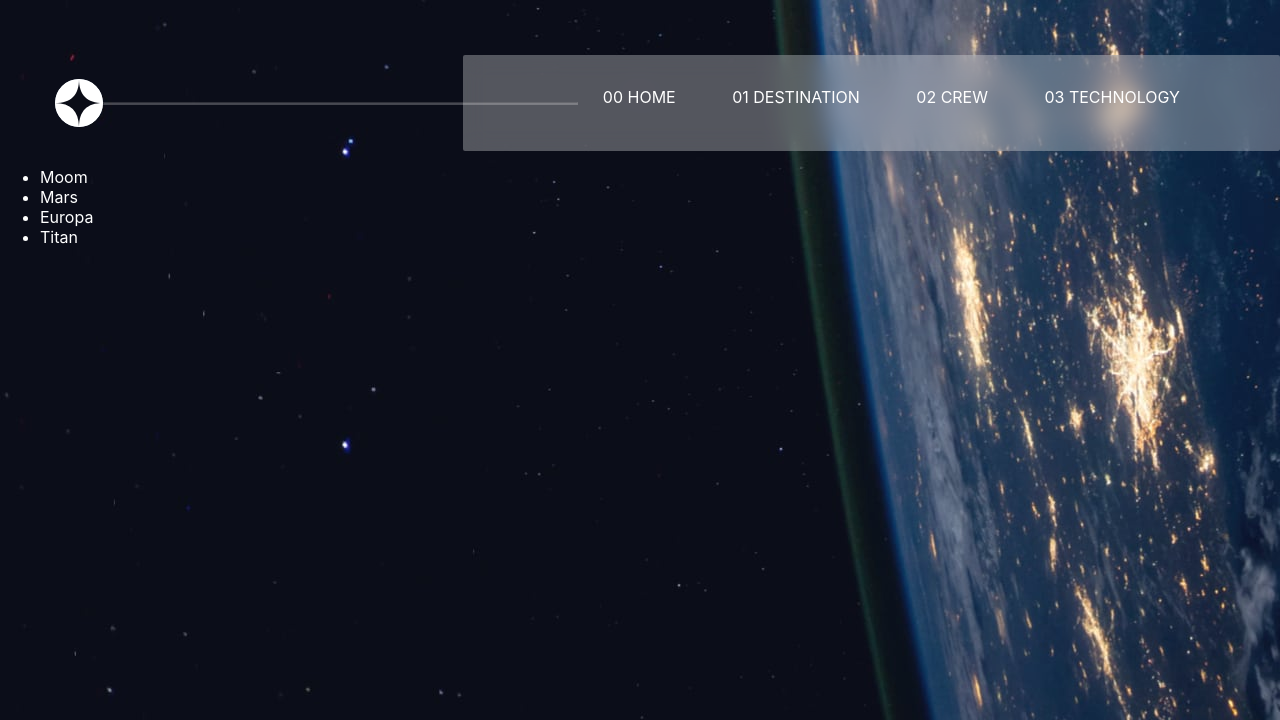
Repository: jhonenmanuel1/FrontEndMentor-MultiPageSpace
Page: /
The author's editor kept a copy of each file at every save. The page is drawn from the files as they stood at one save, then again after the next save.
The browser window is 1280 px wide. The pictures show the whole page.
The project was rebuilt for these pictures with package versions that can differ from the ones it lists, and the page was loaded fresh each time. Also part of the build but not shown: src/views/home.js.

Above is the page before, as saved 2022-06-23 21:51:30.

After the next save:
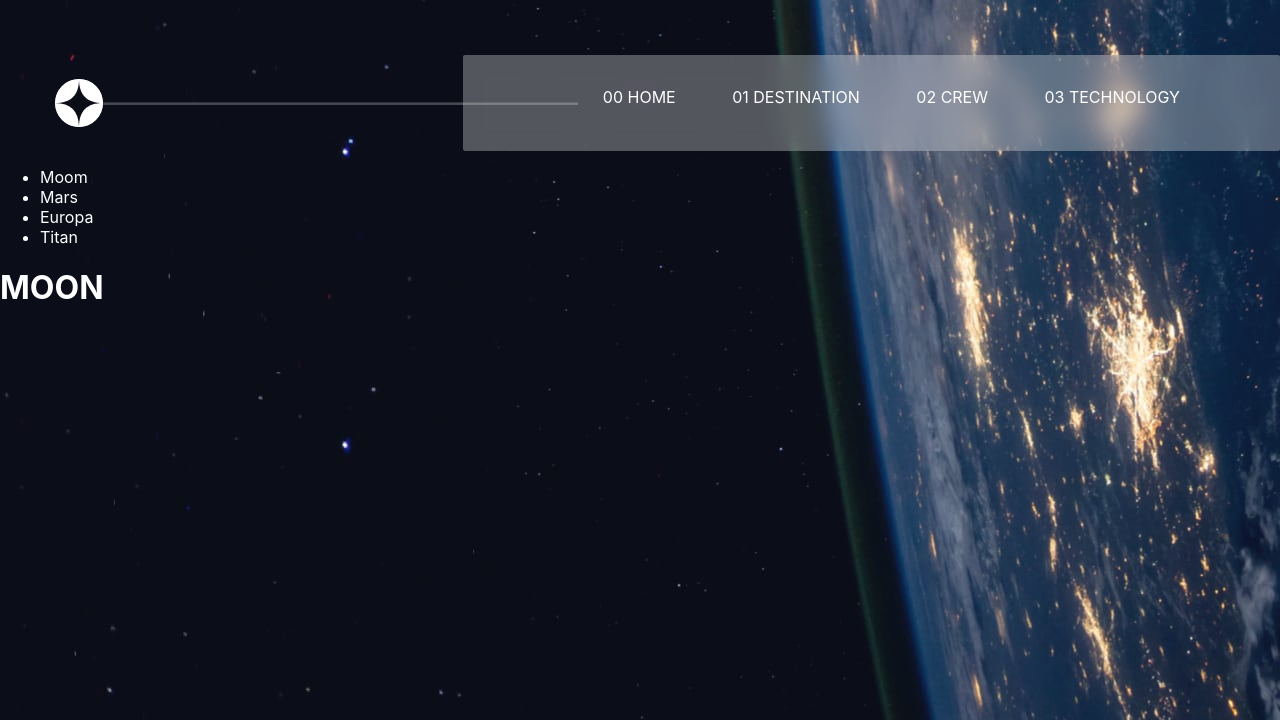
Saved 2 min 43 s later.
--- a/src/atoms/PlanetCardInfo.js
+++ b/src/atoms/PlanetCardInfo.js
@@ -11,6 +11,10 @@ export default function PlanetCardInfo (){
                 <li>Titan</li>
             </ul>
             </div>
+            <div className="planetCardTitle">
+                <h1> MOON</h1>
+
+            </div>
 
         </div>
     </>
